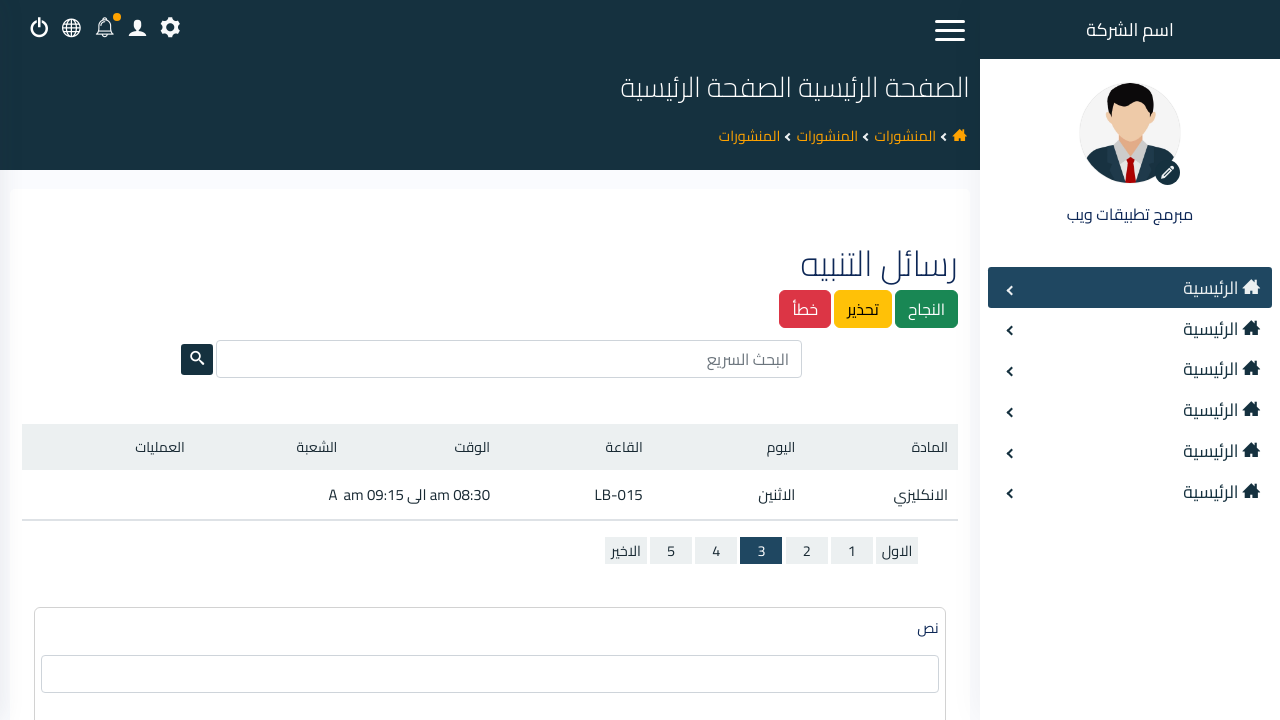
Repository: MohammedKhairi/dashboard-frontend
Page: index.html
The author's editor kept a copy of each file at every save. The page is drawn from the files as they stood at one save, then again after a run of saves.
The browser window is 1280 px wide. The pictures show the whole page.
An inner scrolling area shows only its first screen.

Above is the page before, as saved 2023-09-01 09:48:28.

### index.html
<!DOCTYPE html>
<html lang="ar" dir="rtl">

<head>
    <meta charset="UTF-8">
    <meta http-equiv="X-UA-Compatible" content="IE=edge">
    <meta name="viewport" content="width=device-width, initial-scale=1.0">
    <link rel="stylesheet" href="css/icon.css?">
    <link rel="stylesheet" href="css/common.css?">
    <link rel="stylesheet" href="css/style.css?">
    <script src="js/jquery.js"></script>
    <title>Dashboard</title>
</head>

<body>
    <div class="ds-container">
        <!-- SIDEBAR -->
        <nav class="sidebar">
            <div class="sidebar-content">
                <div class="position-relative d-grid grid-columns-5-1 bg-c-gray px-4">
                    <a href="" class="sidebar-brand  d-block text-sm-center text-white py-3 txt-orange fp125">اسم الشركة</a>
                    <a href="javascript:void(0);" class="close-sidebar menu-btn-toggler">
                        <i class="icon-cancel-circle txt-orange fp140"></i>
                    </a>
                </div>
                <div class="sidebar-user">
                    <div class="d-flex justify-content-center align-content-center">
                        <a href="">
                            <div class="cerculer-img boxshadow1" style="background-image: url('img/user.jpg');"></div>
                        </a>
                    </div>
                    <h6 class="c fmedium my-4">مبرمج تطبيقات ويب </h6>
                </div>
                <ul class="sidebar-nav  py-2">
                    <li class="sidebar-item active">
                        <a href="javascript:void(0);" class="sidebar-link sidebar-row ">
                            <i class="icon-home3"></i>
                            الرئيسية
                        </a>
                        <ul class="sidebar-dropdown">
                            <li class="sidebar-item-sub">
                                <a class="sidebar-link" href="">الكل</a>
                            </li>
                            <li class="sidebar-item-sub">
                                <a class="sidebar-link" href="">اضافة</a>
                            </li>
                        </ul>
                    </li>
                    <li class="sidebar-item">
                        <a href="javascript:void(0);" class="sidebar-link sidebar-row ">
                            <i class="icon-home3"></i>
                            الرئيسية
                        </a>
                        <ul  class="sidebar-dropdown">
                            <li class="sidebar-item-sub">
                                <a class="sidebar-link" href="">الكل</a>
                            </li>
                            <li class="sidebar-item-sub">
                                <a class="sidebar-link" href="">اضافة</a>
                            </li>
                        </ul>
                    </li>
                    <li class="sidebar-item">
                        <a href="javascript:void(0);" class="sidebar-link sidebar-row ">
                            <i class="icon-home3"></i>
                            الرئيسية
                        </a>
                        <ul  class="sidebar-dropdown">
                            <li class="sidebar-item-sub">
                                <a class="sidebar-link" href="">الكل</a>
                            </li>
                            <li class="sidebar-item-sub">
                                <a class="sidebar-link" href="">اضافة</a>
                            </li>
                        </ul>
                    </li>
                    <li class="sidebar-item">
                        <a href="javascript:void(0);" class="sidebar-link sidebar-row ">
                            <i class="icon-home3"></i>
                            الرئيسية
                        </a>
                        <ul  class="sidebar-dropdown">
                            <li class="sidebar-item-sub">
                                <a class="sidebar-link" href="">الكل</a>
                            </li>
                            <li class="sidebar-item-sub">
                                <a class="sidebar-link" href="">اضافة</a>
                            </li>
                        </ul>
                    </li>
                    <li class="sidebar-item">
                        <a href="javascript:void(0);" class="sidebar-link sidebar-row ">
                            <i class="icon-home3"></i>
                            الرئيسية
                        </a>
                        <ul  class="sidebar-dropdown">
                            <li class="sidebar-item-sub">
                                <a class="sidebar-link" href="">الكل</a>
                            </li>
                            <li class="sidebar-item-sub">
                                <a class="sidebar-link" href="">اضافة</a>
                            </li>
                        </ul>
                    </li>
                    <li class="sidebar-item">
                        <a href="javascript:void(0);" class="sidebar-link sidebar-row ">
                            <i class="icon-home3"></i>
                            الرئيسية
                        </a>
                        <ul class="sidebar-dropdown">
                            <li class="sidebar-item-sub">
                                <a class="sidebar-link" href="">الكل</a>
                            </li>
                            <li class="sidebar-item-sub">
                                <a class="sidebar-link" href="">اضافة</a>
                            </li>
                            <li class="sidebar-item-sub">
                                <a class="sidebar-link" href="">الكل</a>
                            </li>
                            <li class="sidebar-item-sub">
                                <a class="sidebar-link" href="">اضافة</a>
                            </li>
                            <li class="sidebar-item-sub">
                                <a class="sidebar-link" href="">الكل</a>
                            </li>
                            <li class="sidebar-item-sub">
                                <a class="sidebar-link" href="">اضافة</a>
                            </li>
                            <li class="sidebar-item-sub">
                                <a class="sidebar-link" href="">الكل</a>
                            </li>
                            <li class="sidebar-item-sub">
                                <a class="sidebar-link" href="">اضافة</a>
                            </li>
                            <li class="sidebar-item-sub">
                                <a class="sidebar-link" href="">الكل</a>
                            </li>
                            <li class="sidebar-item-sub">
                                <a class="sidebar-link" href="">اضافة</a>
                            </li>
                            <li class="sidebar-item-sub">
                                <a class="sidebar-link" href="">الكل</a>
                            </li>
                            <li class="sidebar-item-sub">
                                <a class="sidebar-link" href="">اضافة</a>
                            </li>
                            <li class="sidebar-item-sub">
                                <a class="sidebar-link" href="">الكل</a>
                            </li>
                            <li class="sidebar-item-sub">
                                <a class="sidebar-link" href="">اضافة</a>
                            </li>
                            <li class="sidebar-item-sub">
                                <a class="sidebar-link" href="">الكل</a>
                            </li>
                            <li class="sidebar-item-sub">
                                <a class="sidebar-link" href="">اضافة</a>
                            </li>
                            <li class="sidebar-item-sub">
                                <a class="sidebar-link" href="">الكل</a>
                            </li>
                            <li class="sidebar-item-sub">
                                <a class="sidebar-link" href="">اضافة</a>
                            </li>
                        </ul>
                    </li>
                </ul>
            </div>
        </nav>
        <!--END SIDEBAR -->
        <!-- Page Content -->
        <div class="page-content">
            <div class="page-container">
                <!-- TOPBAR -->
                <div class="topbar d-flex justify-content-between align-items-center">
                    <div class="col-2">
                        <div class="menu-btn menu-btn-toggler">
                            <div class="menu-btn__burger"></div>
                        </div>
                    </div>
                    <div class="col-10">
                        <ul class="d-flex justify-content-end align-items-center mx-3 text-light list-unstyled">

                            <li class="p-2 ptr setting-btn"><i class="fs-5 icon-cog"></i></li>
                            <li class="p-2 ptr dropdown">
                                <i class="fs-5 icon-user"></i>
                                <ul class="dropdown-menu">
                                    <a href="#" class="dropdown-item ptr">عنصر لنك 1</a>
                                    <a href="#" class="dropdown-item ptr">عنصر لنك 2</a>
                                    <a href="#" class="dropdown-item ptr">عنصر لنك 3</a>
                                </ul>
                            </li>
                            <li class="p-2 ptr dropdown">
                                <i class="fs-5 icon-notification---Copy"></i>
                                <span class="bedget-content"></span>
                                <ul class="dropdown-menu">
                                    <a href="#" class="dropdown-item ptr">اشعار 1</a>
                                    <a href="#" class="dropdown-item ptr">اشعار 2</a>
                                    <a href="#" class="dropdown-item ptr">اشعار 3</a>
                                </ul>
                            </li>
                            <li class="p-2 ptr"><a href="" class="txt-white"><i class="fs-5 icon-sphere"></i></a></li>
                            <li class="p-2 ptr"><a href="" class="txt-white"><i class="fs-5 icon-switch"></i></a></li>
                        </ul>
                    </div>
                </div>
                <!--END TOPBAR -->
                <!-- Page Details -->
                <div class="header-nav">
                    <h3 class="header-title text-white">
                        الصفحة الرئيسية
                        الصفحة الرئيسية
                    </h3>
                    <ol class="d-flex align-items-center list-unstyled p-0">
                        <li class="page-links">
                            <a class="mx-1" href="/cp"><i class="icon-home3"></i></a>
                        </li>
                        <li class="page-links">
                            <a class=" mx-1" href="/cp/post/">المنشورات</a>
                        </li>
                        <li class="page-links">
                            <a class=" mx-1" href="/cp/post/">المنشورات</a>
                        </li>
                        <li class="page-links">
                            <a class=" mx-1" href="/cp/post/">المنشورات</a>
                        </li>
                    </ol>
                </div>
                <!--End Page Details -->
                <!-- Page Data -->
                <main class="r5 my-4  ">
                    <div class="container-fluid py-6 ">
                        <!--  -->
                        <div id="toasts"></div>
                        <div class="demo">
                            <h1>رسائل التنبيه</h1>
                            <button class="btn btn-success" onclick="MsgSuccess('نص رسالة النجاح')">النجاح</button>
                            <button class="btn btn-warning" onclick="MsgWarring('نص رسالة تحذير ')"> تحذير</button>
                            <button class="btn btn-danger" onclick="MsgError('نص رسالة خطأ')">خطأ</button>
                        </div>
                        <!--  -->
                        <!-- Search bar -->
                        <div class="d-flex justify-content-center align-content-center my-2">
                            <div class="col-md-8">
                                <form action="" method="get">
                                    <div class="d-flex align-items-center">
                                        <input type="search" class="form-control" placeholder="البحث السريع">
                                        <button class="btn btn-sm bg-c-gray text-white mx-1 btn-search"><i
                                                class="icon-search"></i></button>
                                    </div>
                                </form>
                            </div>
                        </div>
                        <br>
                        <!--End Search bar -->
                        <ul class="responsive-table2 fmedium my-2">
                            <li class="table-header">
                                <div class="col col-2">المادة</div>
                                <div class="col col-2">اليوم</div>
                                <div class="col col-2">القاعة</div>
                                <div class="col col-2">الوقت</div>
                                <div class="col col-2">الشعبة</div>
                                <div class="col col-2">العمليات</div>
                            </li>
                            <li class="table-row border-2 border-bottom">
                                <div class="col col-2" data-label="المادة">الانكليزي</div>
                                <div class="col col-2" data-label="اليوم">الاثنين</div>
                                <div class="col col-2" data-label="القاعة">LB-015</div>
                                <div class="col col-2" data-label="الوقت">08:30 am الى 09:15 am</div>
                                <div class="col col-2" data-label="الشعبة">A</div>
                                <div class="col col-2" data-label="العمليات">
                                    <div class="menu-tools">
                                        <div class="tools-content">
                                            <a href="" class="mx-1 btn btn-sm btn-primary">تعديل</a>
                                            <a href="" class="mx-1 btn btn-sm btn-success">اظهار</a>
                                            <a href="" class="mx-1 btn btn-sm btn-warning">اخفاء</a>
                                            <buttonn onclick="DeleteBtnAlert('/cp/add')" class="mx-1 btn btn-sm btn-danger">حذف</buttonn>
                                        </div>
                                    </div>
                                </div>
                            </li>
                        </ul>
                        <ul class="pagination">
                            <li class="page-item"> <a class="page-link" href="?page=1">الاول</a></li>
                            <li class="page-item"><a class="page-link" href="?page=1">1</a></li>
                            <li class="page-item"><a class="page-link" href="?page=2">2</a></li>
                            <li class="page-item active"><a class="page-link " href="?page=3">3</a></li>
                            <li class="page-item"><a class="page-link" href="?page=4">4</a></li>
                            <li class="page-item"><a class="page-link" href="?page=5">5</a></li>
                            <li class="page-item"> <a class="page-link" href="?page=6">الاخير</a></li>
                        </ul>
                        <br>
                        <!-- Form Template -->
                        <div class="container">
                            <div class="card p-2">
                                <div class="mb-3">
                                    <label for="" class="form-label">نص</label>
                                    <input type="email" class="form-control">
                                </div>
                                <div class="mb-3">
                                    <label for="" class="form-label">ملف</label>
                                    <input type="file" class="form-control">
                                </div>
                                <div class="mb-3">
                                    <label for="" class="form-label">لست</label>
                                    <select name="" class="form-control" id="">
                                        <option value="">1</option>
                                        <option value="">2</option>
                                        <option value="">3</option>
                                    </select>
                                </div>
                                <div class="mb-3">
                                    <label for="content" class="form-label">محتوى نصي</label>
                                    <textarea class="form-control" id="content" rows="3"></textarea>
                                </div>
                            </div>

                        </div>
                        <br>
                    </div>
                </main>
            </div>

        </div>
        <!--END Page Content -->
    </div>
    <!--Setting Bar -->
    <div class="end-bar">
        <div class="rightbar-title d-flex align-items-center  justify-content-between">
            <h5 class="m-0">الاعدادات</h5>
            <a href="javascript:void(0);" class="setting-close-btn">
                <i class="icon-cancel-circle txt-orange fp140"></i>
            </a>
        </div>
        <div class="p-3">
            <div class="alert alert-warning fp90">
                سيتم حفظ الاعدادت في المتصفح الخاص بك
            </div>
            <!-- Settings -->
            <h6 class="mt-3 fw-bold fmedium">اوضاع اللوحة</h6>
            <hr class="mt-1">
            <div class="form-check form-switch mb-1">
                <input class="form-check-input toggle-theme" type="checkbox" value="stander" id="stander">
                <label class="fp80" for="stander">الطبيعي</label>
            </div>
            <div class="form-check form-switch mb-1">
                <input class="form-check-input toggle-theme" type="checkbox" value="dark" id="dark">
                <label class="fp80" for="dark">الداكن</label>
            </div>
            <div class="form-check form-switch mb-1">
                <input class="form-check-input toggle-theme" type="checkbox" value="light" id="light">
                <label class="fp80" for="light">الشفاف</label>
            </div>
            <!--  -->
            <h6 class="mt-3 fw-bold fmedium">حالة شريط الخدمات</h6>
            <hr class="mt-1">
            <div class="form-check form-switch mb-1">
                <input class="form-check-input" type="checkbox" id="open-sidebar">
                <label class="fp80" for="open-sidebar">مفتوح</label>
            </div>
            <!--  -->
            <div class="d-grid mt-4">
                <button class="btn btn-primary" id="resetBtn">اعادة الضبط</button>
            </div>
        </div>
    </div>
    <!--Setting Bar -->
    <!-- Modal -->
    <div class="modal_content"></div>
    <!--End Modal -->
    <script src="js/admin.js"></script>
</body>

</html>

### css/icon.css
@font-face {
  font-family: 'icomoon';
  src:  url('icon-font/icomoon.eot?mvm1uh');
  src:  url('icon-font/icomoon.eot?mvm1uh#iefix') format('embedded-opentype'),
    url('icon-font/icomoon.ttf?mvm1uh') format('truetype'),
    url('icon-font/icomoon.woff?mvm1uh') format('woff'),
    url('icon-font/icomoon.svg?mvm1uh#icomoon') format('svg');
  font-weight: normal;
  font-style: normal;
  font-display: block;
}

[class^="icon-"], [class*=" icon-"] {
  /* use !important to prevent issues with browser extensions that change fonts */
  font-family: 'icomoon' !important;
  speak: never;
  font-style: normal;
  font-weight: normal;
  font-variant: normal;
  text-transform: none;
  line-height: 1;

  /* Enable Ligatures ================ */
  letter-spacing: 0;
  -webkit-font-feature-settings: "liga";
  -moz-font-feature-settings: "liga=1";
  -moz-font-feature-settings: "liga";
  -ms-font-feature-settings: "liga" 1;
  font-feature-settings: "liga";
  -webkit-font-variant-ligatures: discretionary-ligatures;
  font-variant-ligatures: discretionary-ligatures;

  /* Better Font Rendering =========== */
  -webkit-font-smoothing: antialiased;
  -moz-osx-font-smoothing: grayscale;
}

.icon-strikethrough:before {
  content: "\e901";
}
.icon-unlink:before {
  content: "\e903";
}
.icon-notification---Copy:before {
  content: "\e900";
}
.icon-home3:before {
  content: "\e902";
}
.icon-pencil:before {
  content: "\e905";
}
.icon-image:before {
  content: "\e90d";
}
.icon-connection:before {
  content: "\e91b";
}
.icon-mic:before {
  content: "\e91e";
}
.icon-book:before {
  content: "\e91f";
}
.icon-folder:before {
  content: "\e92f";
}
.icon-folder-open:before {
  content: "\e930";
}
.icon-folder-plus:before {
  content: "\e931";
}
.icon-barcode:before {
  content: "\e937";
}
.icon-qrcode:before {
  content: "\e938";
}
.icon-cart:before {
  content: "\e93a";
}
.icon-phone:before {
  content: "\e942";
}
.icon-envelop:before {
  content: "\e945";
}
.icon-location:before {
  content: "\e947";
}
.icon-clock:before {
  content: "\e94e";
}
.icon-alarm:before {
  content: "\e950";
}
.icon-undo2:before {
  content: "\e967";
}
.icon-redo2:before {
  content: "\e968";
}
.icon-bubble2:before {
  content: "\e96e";
}
.icon-user:before {
  content: "\e971";
}
.icon-users:before {
  content: "\e972";
}
.icon-user-plus:before {
  content: "\e973";
}
.icon-user-minus:before {
  content: "\e974";
}
.icon-user-check:before {
  content: "\e975";
}
.icon-search:before {
  content: "\e986";
}
.icon-enlarge:before {
  content: "\e989";
}
.icon-lock:before {
  content: "\e98f";
}
.icon-cog:before {
  content: "\e994";
}
.icon-aid-kit:before {
  content: "\e998";
}
.icon-bin2:before {
  content: "\e9ad";
}
.icon-briefcase:before {
  content: "\e9ae";
}
.icon-airplane:before {
  content: "\e9af";
}
.icon-switch:before {
  content: "\e9b6";
}
.icon-list-numbered:before {
  content: "\e9b9";
}
.icon-list:before {
  content: "\e9ba";
}
.icon-list2:before {
  content: "\e9bb";
}
.icon-menu:before {
  content: "\e9bd";
}
.icon-download3:before {
  content: "\e9c7";
}
.icon-sphere:before {
  content: "\e9c9";
}
.icon-attachment:before {
  content: "\e9cd";
}
.icon-eye:before {
  content: "\e9ce";
}
.icon-eye-blocked:before {
  content: "\e9d1";
}
.icon-sun:before {
  content: "\e9d4";
}
.icon-star-empty:before {
  content: "\e9d7";
}
.icon-star-full:before {
  content: "\e9d9";
}
.icon-heart:before {
  content: "\e9da";
}
.icon-warning:before {
  content: "\ea07";
}
.icon-notification:before {
  content: "\ea08";
}
.icon-plus:before {
  content: "\ea0a";
}
.icon-minus:before {
  content: "\ea0b";
}
.icon-cancel-circle:before {
  content: "\ea0d";
}
.icon-checkmark:before {
  content: "\ea10";
}
.icon-play2:before {
  content: "\ea15";
}
.icon-text-height:before {
  content: "\ea5f";
}
.icon-bold:before {
  content: "\ea62";
}
.icon-underline:before {
  content: "\ea63";
}
.icon-italic:before {
  content: "\ea64";
}
.icon-table2:before {
  content: "\ea71";
}
.icon-paragraph-left:before {
  content: "\ea77";
}
.icon-paragraph-center:before {
  content: "\ea78";
}
.icon-paragraph-right:before {
  content: "\ea79";
}
.icon-paragraph-justify:before {
  content: "\ea7a";
}
.icon-indent-increase:before {
  content: "\ea7b";
}
.icon-indent-decrease:before {
  content: "\ea7c";
}
.icon-embed2:before {
  content: "\ea80";
}
.icon-share2:before {
  content: "\ea82";
}
.icon-google:before {
  content: "\ea88";
}
.icon-facebook:before {
  content: "\ea90";
}
.icon-instagram:before {
  content: "\ea92";
}
.icon-whatsapp:before {
  content: "\ea93";
}
.icon-telegram:before {
  content: "\ea95";
}
.icon-twitter:before {
  content: "\ea96";
}
.icon-youtube:before {
  content: "\ea9d";
}
.icon-github:before {
  content: "\eab0";
}
.icon-tumblr:before {
  content: "\eab9";
}
.icon-appleinc:before {
  content: "\eabe";
}
.icon-android:before {
  content: "\eac0";
}
.icon-windows8:before {
  content: "\eac2";
}
.icon-linkedin2:before {
  content: "\eaca";
}

Loaded but not shown: css/common.css (library); js/jquery.js (library); js/admin.js (218 lines, source omitted); css/style.css (1113 lines, source omitted)

After the next 3 saves:
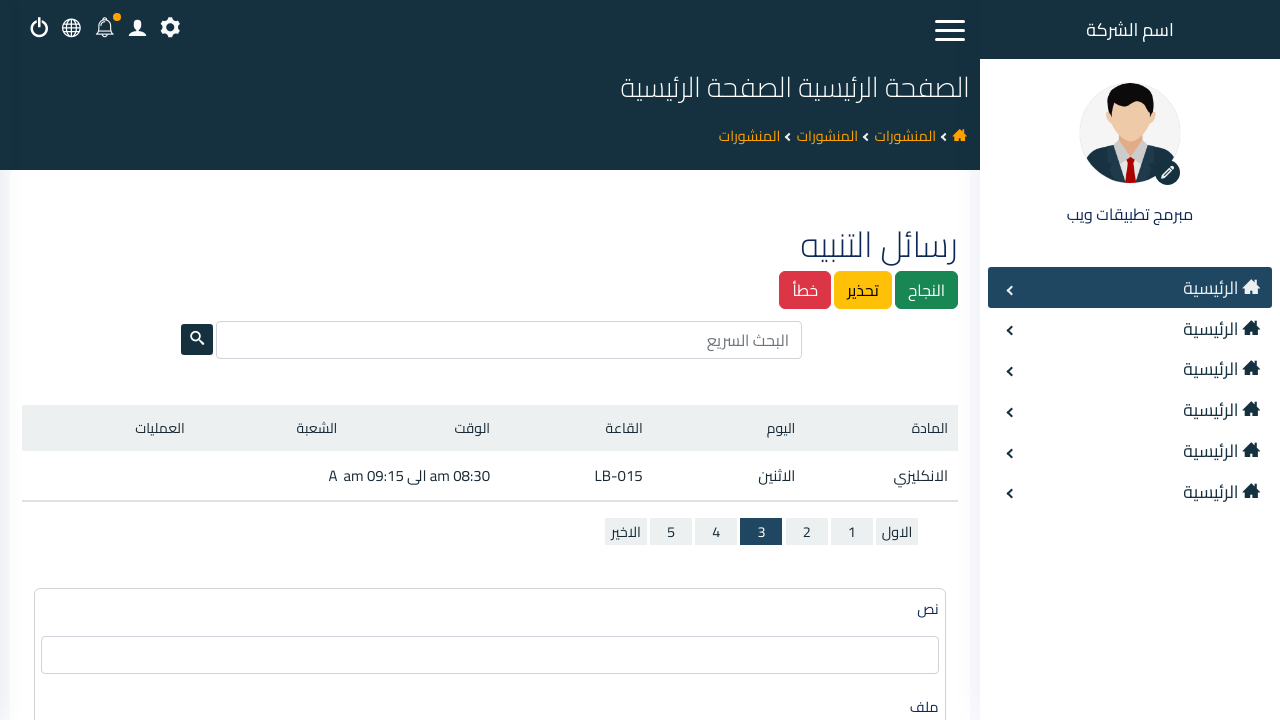
The 3 saves are shown as one change because they came seconds apart.
The last was saved 79 s later.
--- a/index.html
+++ b/index.html
@@ -228,7 +228,7 @@
                 </div>
                 <!--End Page Details -->
                 <!-- Page Data -->
-                <main class="r5 my-4  ">
+                <main class="r5">
                     <div class="container-fluid py-6 ">
                         <!--  -->
                         <div id="toasts"></div>
